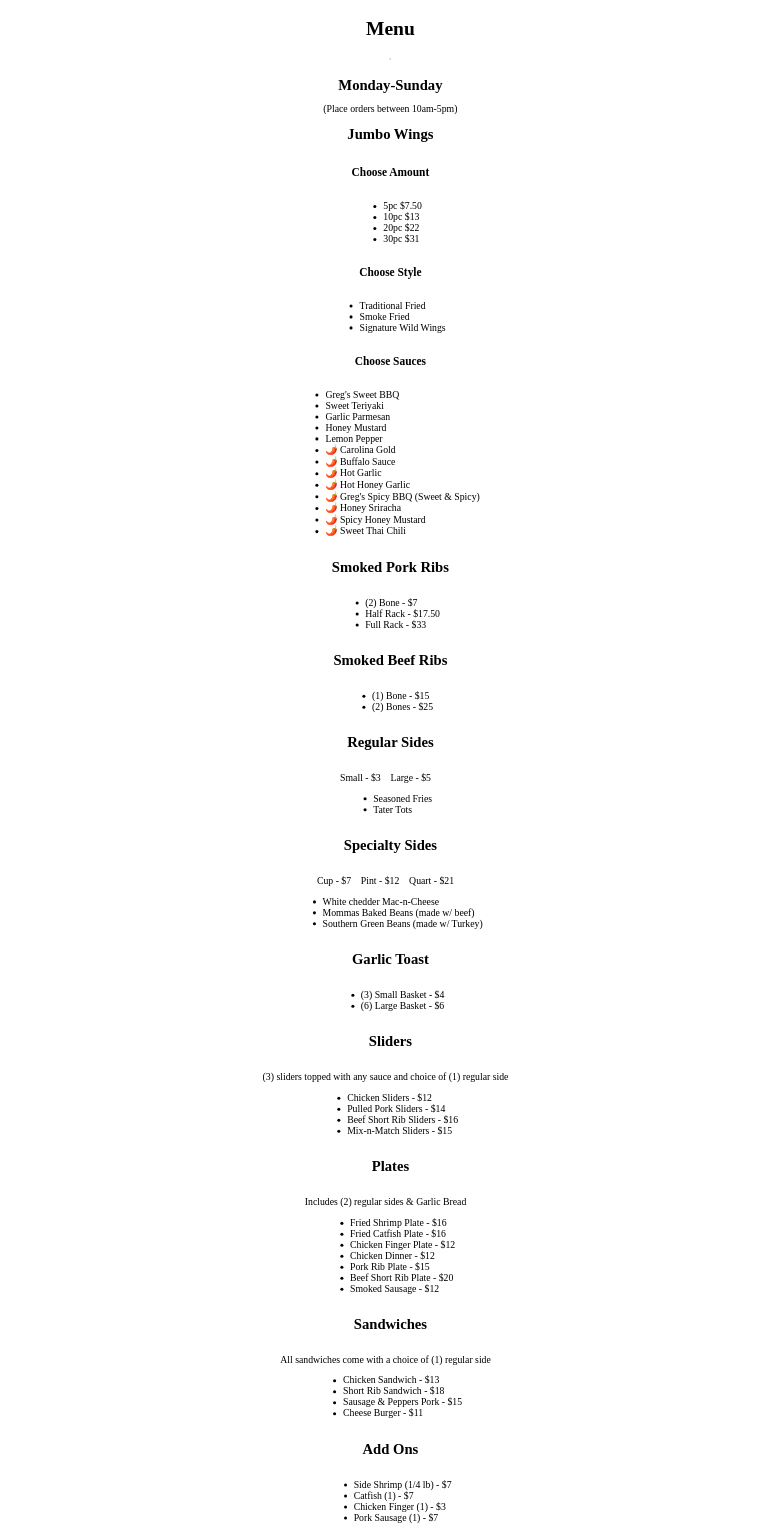
Repository: dukedward/smokehousemenu
Page: index.html
An editor plug-in stored every save of this project. The page is shown before and after the next save, followed by the edit.
The browser window is 1280 px wide. The pictures show the whole page, at 61% of full size.

Above is the page before, as saved 2023-02-28 14:04:28.

After the next save:
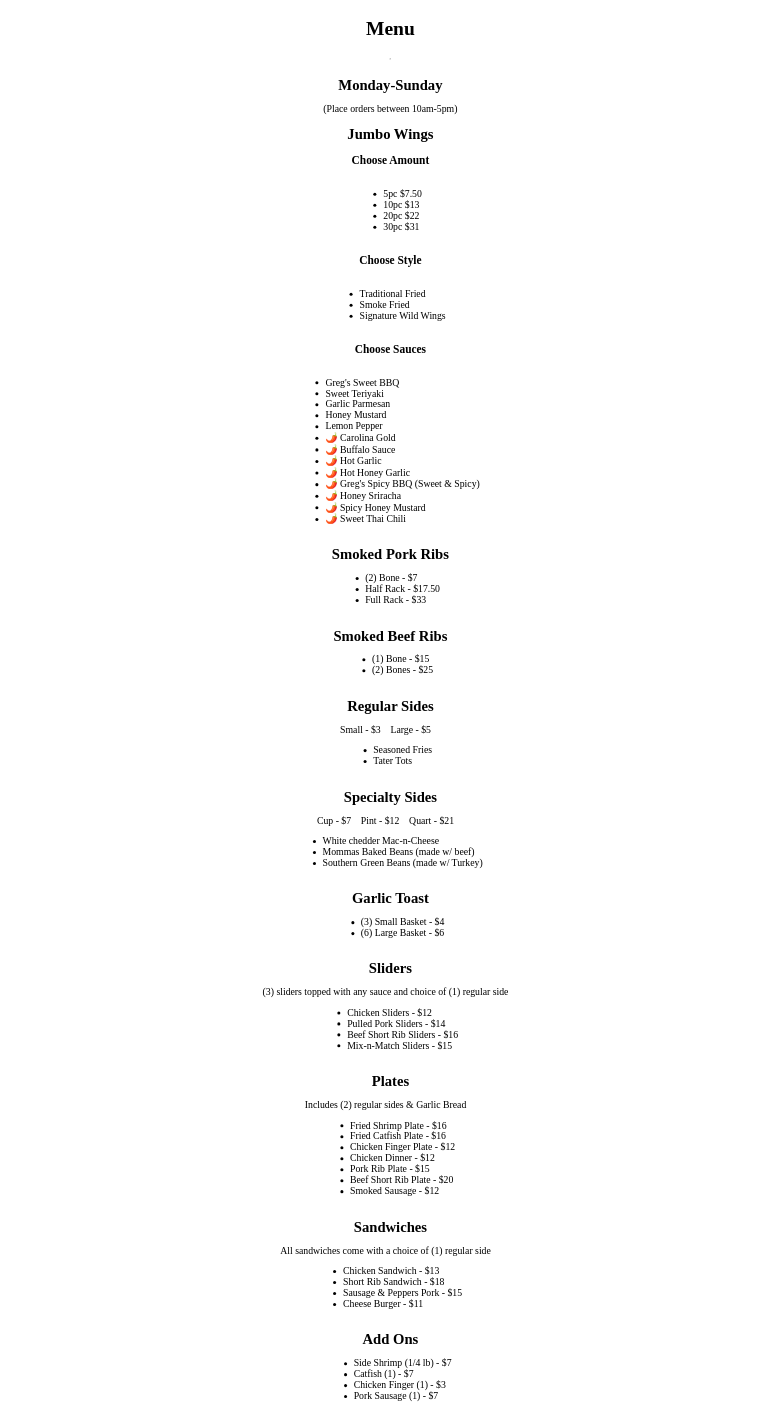
Saved 45 s later.
--- a/style.css
+++ b/style.css
@@ -28,6 +28,10 @@
 	align-items: center;
 }
 
+.sect h2 {
+    margin-bottom: 0;
+}
+
 .desc {
     display: flex;
     flex-direction: row;
